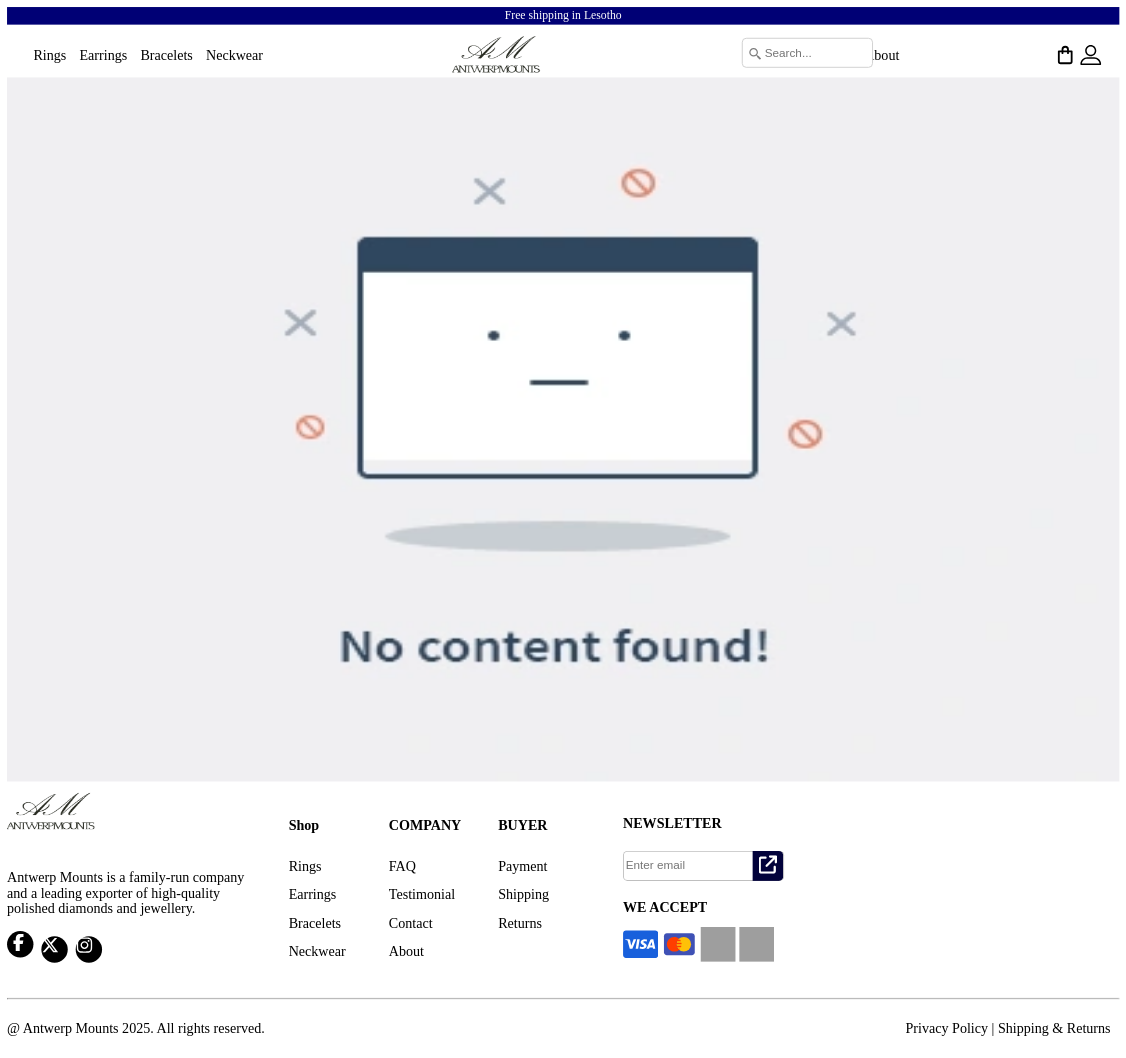
Repository: kea-0424/Web-Development-Project-1
Page: First_collaboration/JewelarySite.html
These files come from the project's save history. The page is drawn as it stood at one moment and after the next save; the edit follows.
The browser window is 1280 px wide. The pictures show the whole page, at 88% of full size.
Pictures or frames that could not be fetched are drawn as grey boxes.

Above is the page before, as saved 2025-01-23 12:35:43.

After the next save:
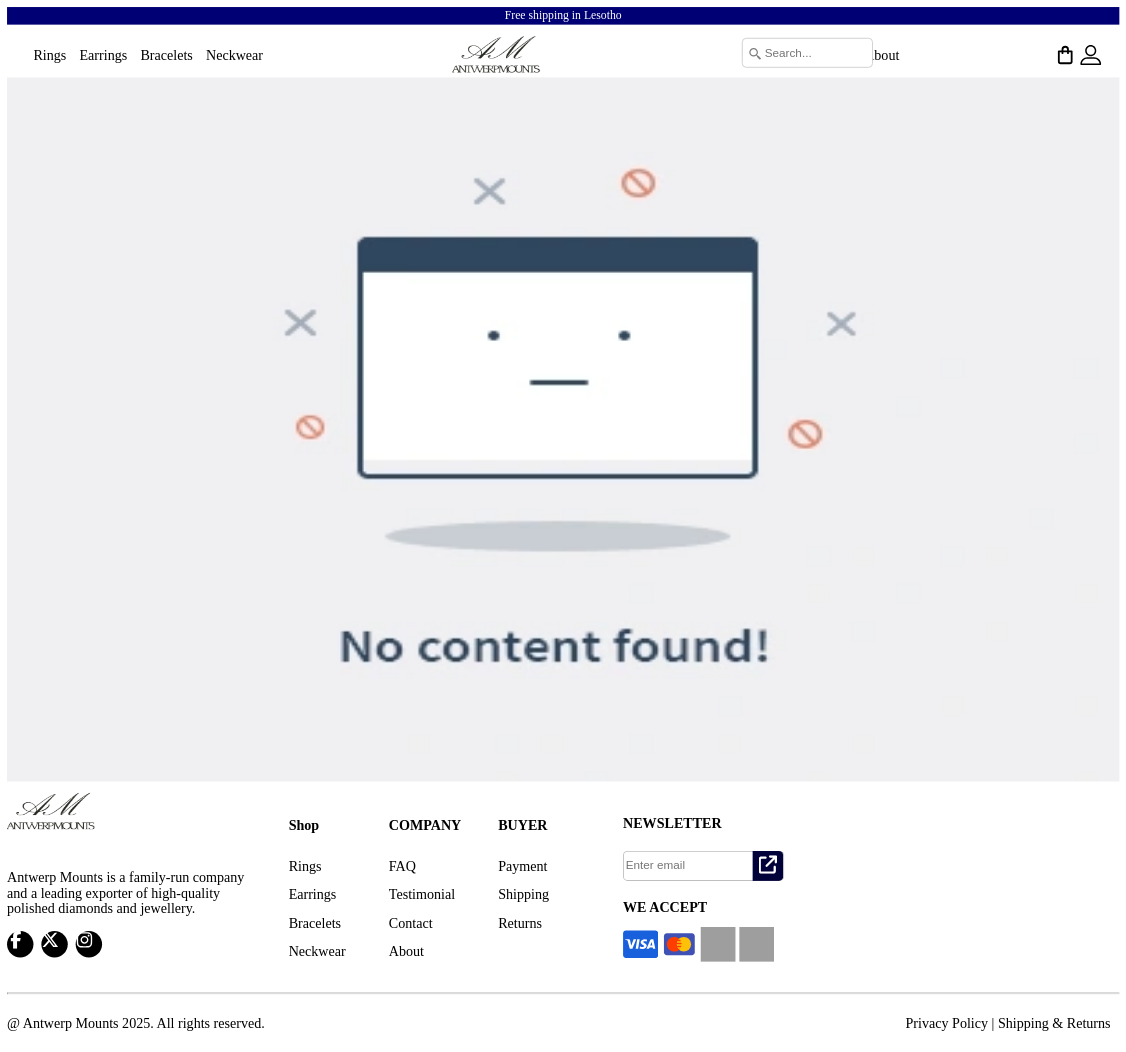
Saved 5 s later.
--- a/First_collaboration/JewelarySite.css
+++ b/First_collaboration/JewelarySite.css
@@ -122,7 +122,6 @@ main,.No_Content {
 #facebook_link{
     height: 20px;
     width: 20px;
-    padding: 3px;
 }
 #instagram_link {
     height: 20px;
